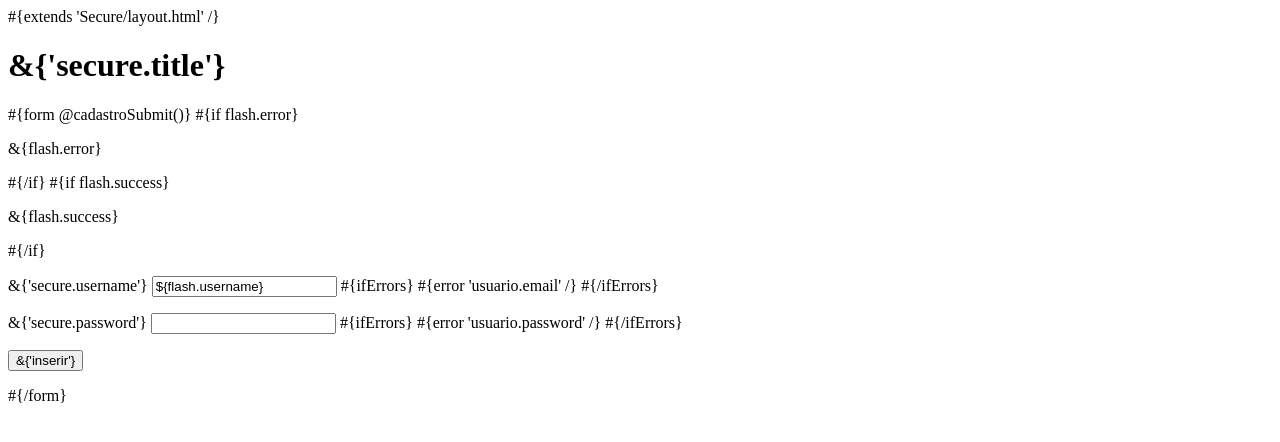
Repository: danilofonte/playframework-tutorial
Page: controleAcesso/app/views/Application/cadastro.html
The author's editor kept a copy of each file at every save. The page is drawn from the files as they stood at one save, then again after the next save.
The browser window is 1280 px wide. The pictures show the whole page.

Above is the page before, as saved 2014-02-05 13:53:13.

After the next save:
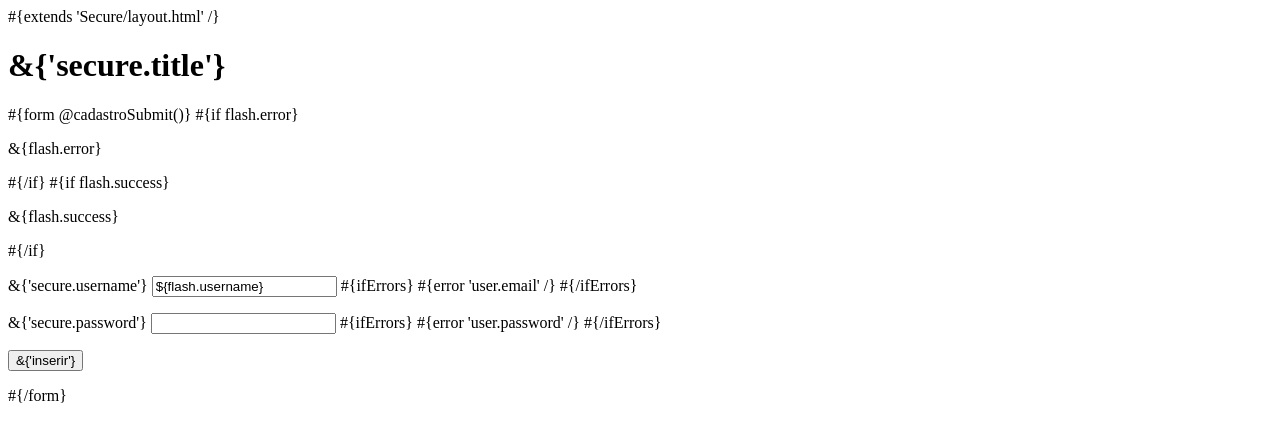
Saved 4 min 36 s later.
--- a/controleAcesso/app/views/Application/cadastro.html
+++ b/controleAcesso/app/views/Application/cadastro.html
@@ -19,16 +19,16 @@
 
 		<p id="username-field">
 			<label for="email">&{'secure.username'}</label>
-			<input type="text" name="usuario.email" id="email" value="${flash.username}" />
+			<input type="text" name="user.email" id="email" value="${flash.username}" />
 			#{ifErrors}
-				<span class="error">#{error 'usuario.email' /}</span>
+				<span class="error">#{error 'user.email' /}</span>
 			#{/ifErrors}
 		</p>
 		<p id="password-field">
 			<label for="password">&{'secure.password'}</label>
-			<input type="password" name="usuario.password" id="password" value="" />
+			<input type="password" name="user.password" id="password" value="" />
 			#{ifErrors}
-				<span class="error">#{error 'usuario.password' /}</span>
+				<span class="error">#{error 'user.password' /}</span>
 			#{/ifErrors}
 		</p>
 		<p id="signin-field">
